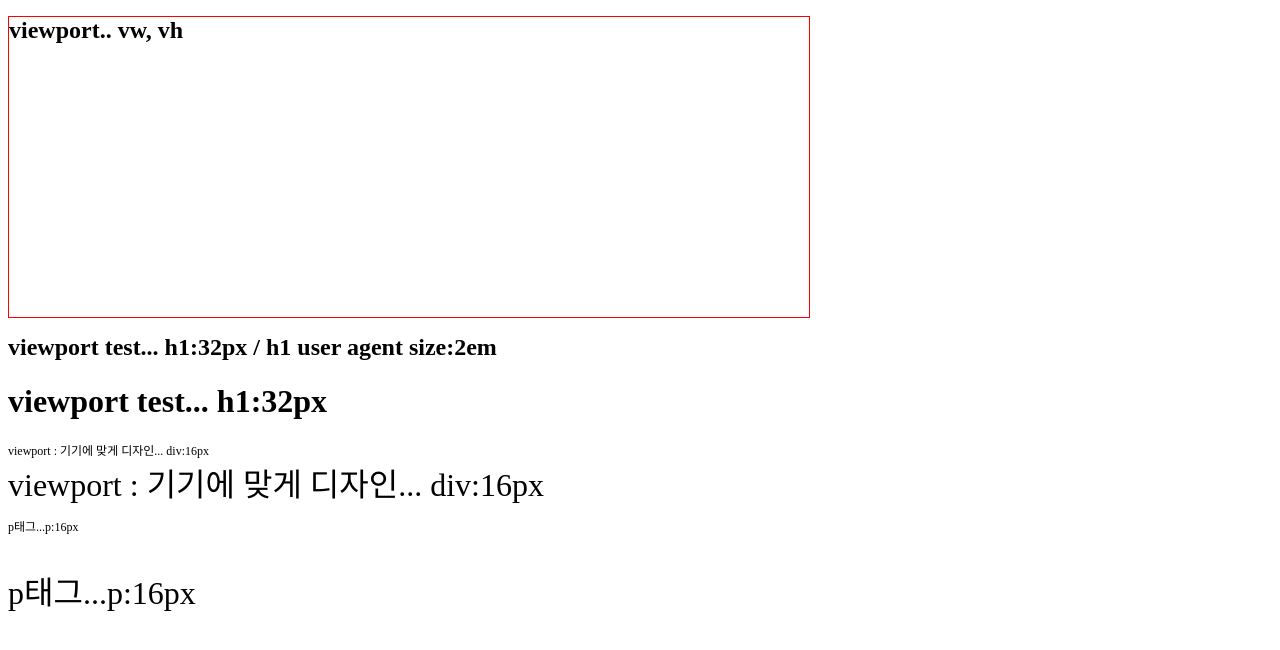
Repository: 753kg/753kg.github.io
Page: KOSTA/webProject/WebContent/day0402/viewportTest.html
An editor plug-in stored every save of this project. The page is shown before and after the next save, followed by the edit.
The browser window is 1280 px wide. The pictures show the whole page.

Above is the page before, as saved 2021-04-02 05:37:37.

### KOSTA/webProject/WebContent/day0402/viewportTest.html
<!DOCTYPE html>
<html>
<head>
<meta charset="UTF-8">
<meta name="viewport" content="width=device-width, initial-scale=1">
<title>viewport test</title>
<style>
  /* px : 기기에 상관 없이 고정 사이즈 */
  /* %, em : 부모의 폰트 사이즈의 배율 */
  /* rem : 루트 최상위(브라우저 user agent) 사이즈의 배율 */
  body { font-size: 10px; }
  #container { font-size: 12px; }
  .aa { font-size: 2rem; }
  .bb {
  	width:800px; height: 300px;
  	border:1px solid red;
  }
</style>
</head>
<body>
  <div id="container">
  	  <h1 class="bb">viewport.. vw, vh</h1>
	  <h1>viewport test... h1:32px / h1 user agent size:2em</h1>
	  <h1 class="aa">viewport test... h1:32px</h1>
	  <div>viewport : 기기에 맞게 디자인... div:16px</div>
	  <div class="aa">viewport : 기기에 맞게 디자인... div:16px</div>
	  <p>p태그...p:16px</p>
	  <p class="aa">p태그...p:16px</p>
  </div>
</body>
</html>

After the next save:
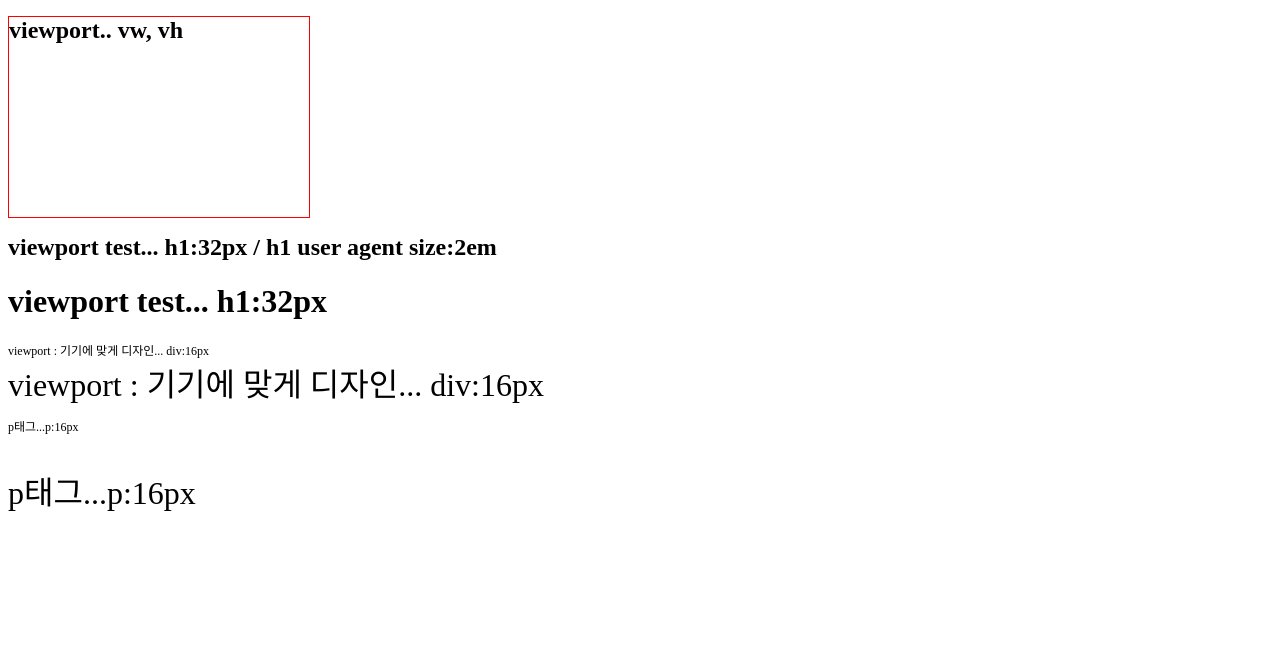
Saved 54 s later.
--- a/KOSTA/webProject/WebContent/day0402/viewportTest.html
+++ b/KOSTA/webProject/WebContent/day0402/viewportTest.html
@@ -12,7 +12,7 @@
   #container { font-size: 12px; }
   .aa { font-size: 2rem; }
   .bb {
-  	width:800px; height: 300px;
+  	width:300px; height: 200px;
   	border:1px solid red;
   }
 </style>
